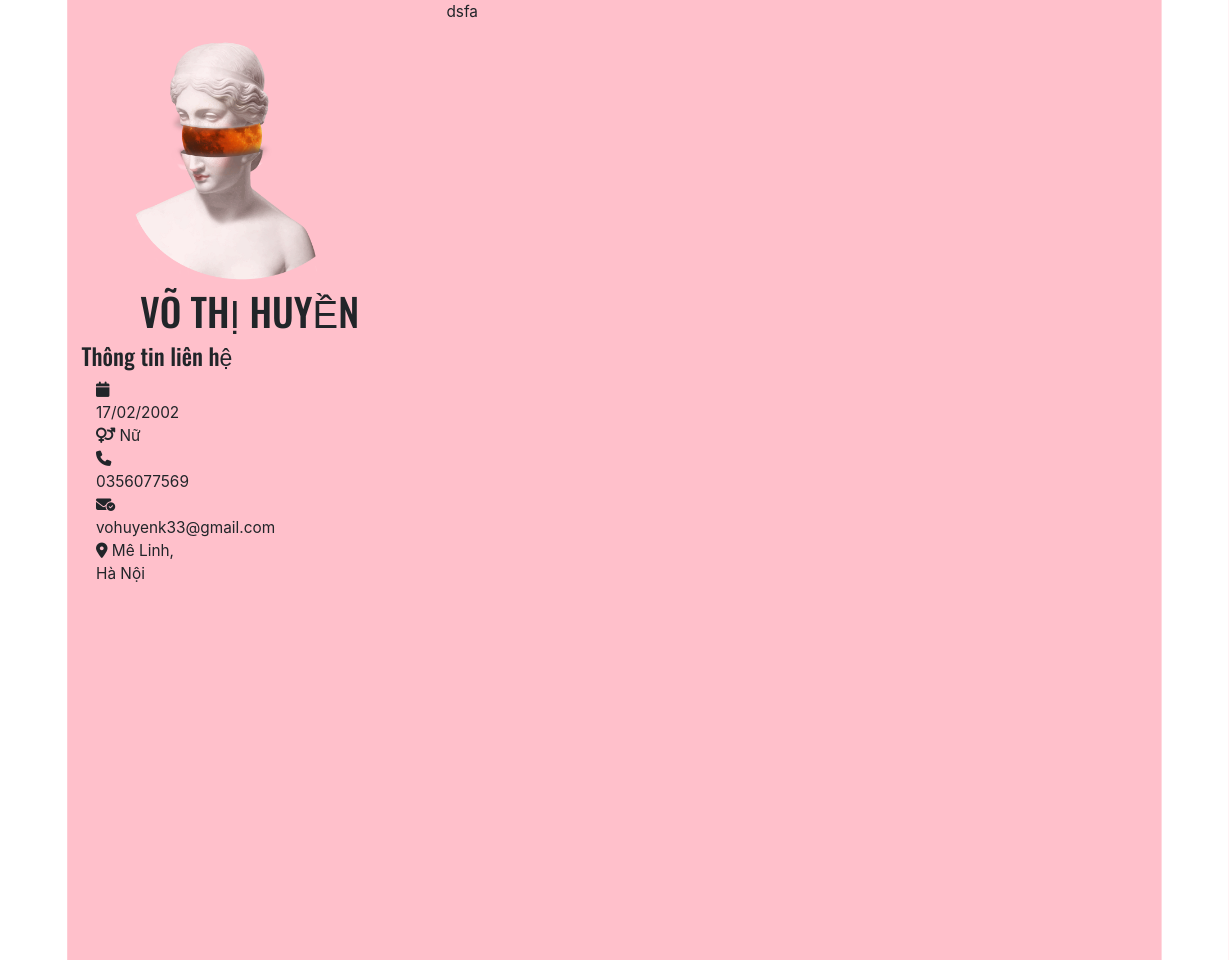
Repository: huyennvo/CSS
Page: CV/index.html
The author's editor kept a copy of each file at every save. The page is drawn from the files as they stood at one save, then again after the next save.
The browser window is 1280 px wide. The pictures show the whole page, at 96% of full size.
Some web libraries are served in a nearby version.

Above is the page before, as saved 2022-07-18 14:58:43.

After the next save:
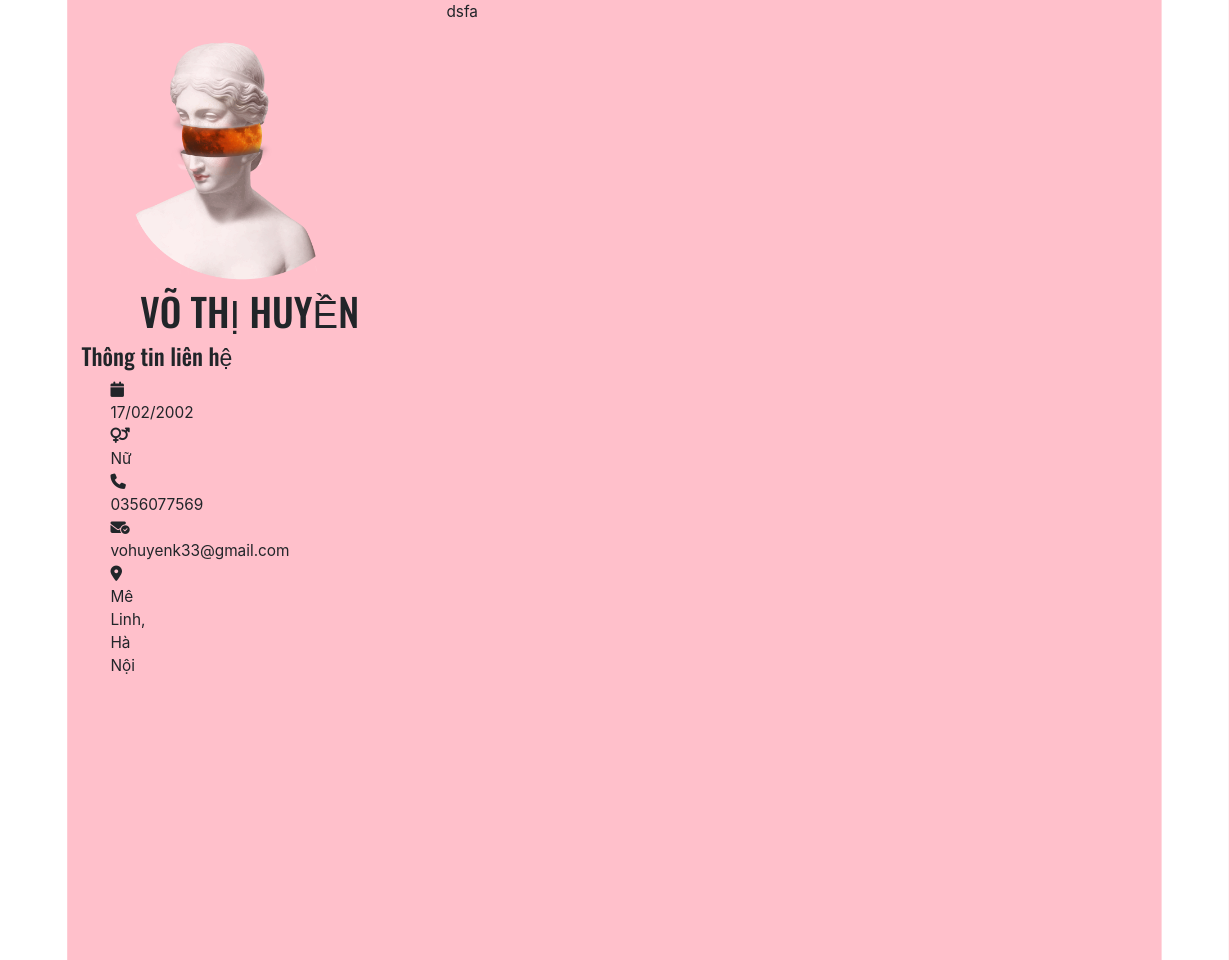
Saved 38 s later.
--- a/CV/index.html
+++ b/CV/index.html
@@ -21,21 +21,24 @@
 
                 <h4>Thông tin liên hệ</h4>
                 <div class="left col-sm-4">
-                    <i class="fa-solid fa-calendar"></i>
-                    17/02/2002
-                    <br>
-                    <i class="fa-solid fa-venus-mars"></i>
-                    Nữ
-                    <br>
-                    <i class="fa-solid fa-phone"></i>
-                    0356077569
-                    <br>
-                    <i class="fa-solid fa-envelope-circle-check"></i>
-                    vohuyenk33@gmail.com
-                    <br>
-                    <i class="fa-solid fa-location-dot"></i>
-                    Mê Linh, Hà Nội
-                    <br>
+                    <div class="left col-sm-4">
+                        <i class="fa-solid fa-calendar"></i>
+                        17/02/2002
+                        <br>
+                        <i class="fa-solid fa-venus-mars"></i>
+                        Nữ
+                        <br>
+                        <i class="fa-solid fa-phone"></i>
+                        0356077569
+                        <br>
+                        <i class="fa-solid fa-envelope-circle-check"></i>
+                        vohuyenk33@gmail.com
+                        <br>
+                        <i class="fa-solid fa-location-dot"></i>
+                        Mê Linh, Hà Nội
+                        <br>
+                    </div>
+
                 </div>
 
             </div>
